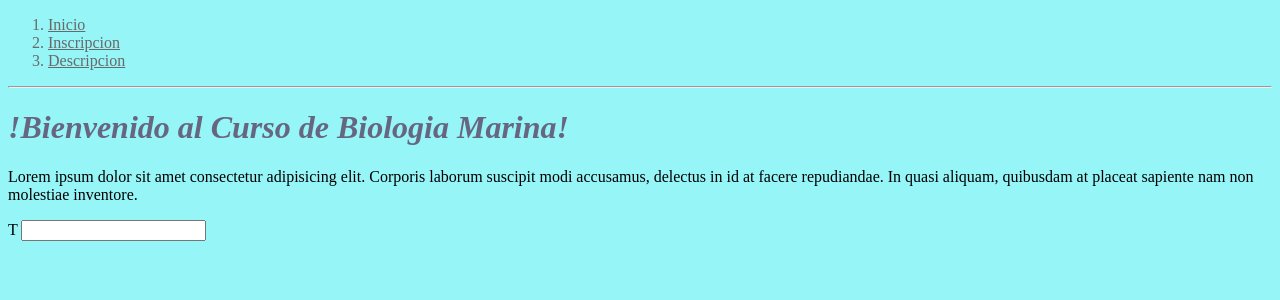
Repository: Arito05/Mi-primer-Repositorio
Page: nuevo/inicio.html
An editor plug-in stored every save of this project. The page is shown before and after the next save, followed by the edit.
The browser window is 1280 px wide. The pictures show the whole page.

Above is the page before, as saved 2024-07-20 11:33:31.

After the next save:
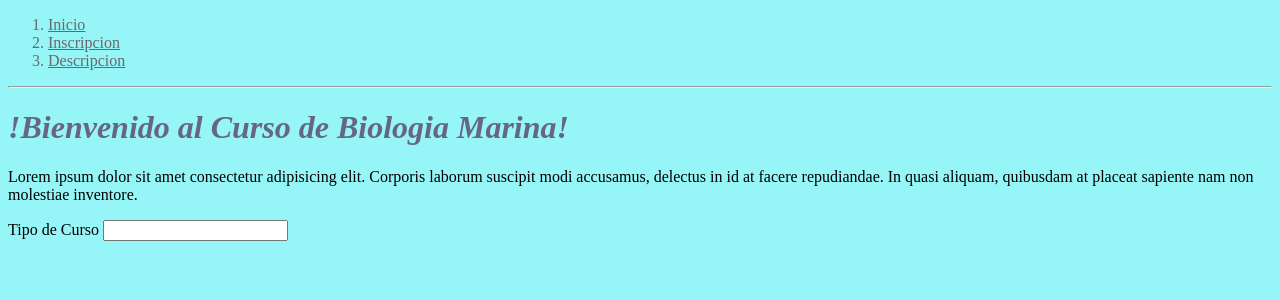
Saved 12 s later.
--- a/nuevo/inicio.html
+++ b/nuevo/inicio.html
@@ -28,7 +28,7 @@
       suscipit modi accusamus, delectus in id at facere repudiandae. In quasi
       aliquam, quibusdam at placeat sapiente nam non molestiae inventore.
     </p>
-    <label for="niveles">T</label>
+    <label for="niveles">Tipo de Curso</label>
     <input list="niveles" />
     <datalist id="niveles">
       <option>1</option>
